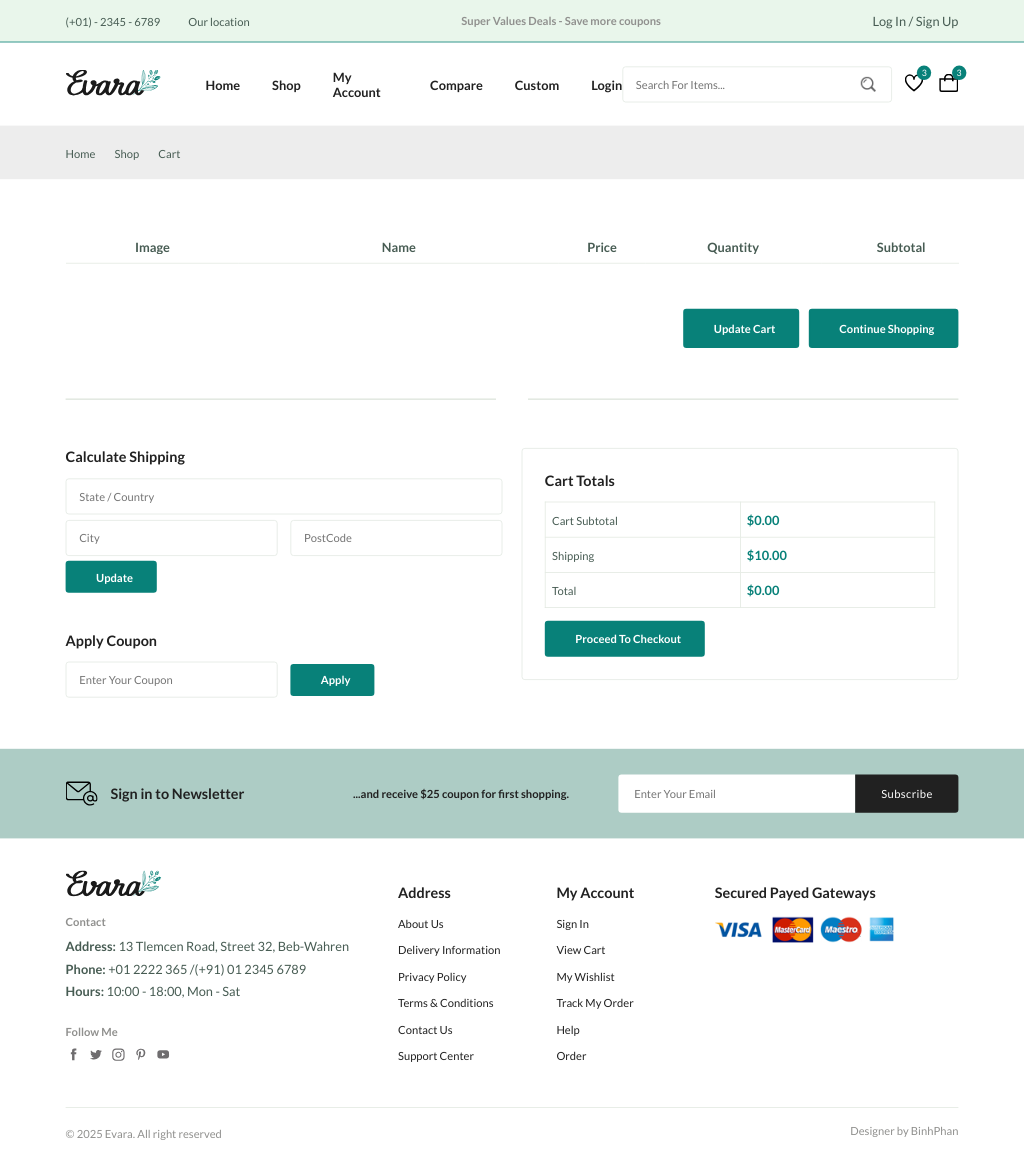
Repository: binhphanbp/evara-ecommerce
Page: cart.html
The author's editor kept a copy of each file at every save. The page is drawn from the files as they stood at one save, then again after the next save.
The browser window is 1280 px wide. The pictures show the whole page, at 80% of full size.
Some icons come from a web library that is not loaded, so they are not drawn.

Above is the page before, as saved 2025-06-17 07:59:48.

### cart.html
<!DOCTYPE html>
<html lang="en">
  <head>
    <meta charset="UTF-8" />
    <meta name="viewport" content="width=device-width, initial-scale=1.0" />

    <!--=============== FLATICON ===============-->
    <link
      rel="stylesheet"
      href="https://cdn-uicons.flaticon.com/2.0.0/uicons-regular-straight/css/uicons-regular-straight.css"
    />

    <!--=============== SWIPER CSS ===============-->
    <link
      rel="stylesheet"
      href="https://cdn.jsdelivr.net/npm/swiper@11/swiper-bundle.min.css"
    />

    <!--=============== CSS ===============-->
    <link rel="stylesheet" href="./assets/css/styles.css" />

    <title>Ecommerce Website</title>
  </head>
  <body>
    <!--=============== HEADER ===============-->
    <header class="header">
      <div class="header__top">
        <div class="header__container container">
          <div class="header__contact">
            <span>(+01) - 2345 - 6789</span>
            <span>Our location</span>
          </div>
          <p class="header__alert-news">
            Super Values Deals - Save more coupons
          </p>
          <a href="login-register.html" class="header__top-action">
            Log In / Sign Up
          </a>
        </div>
      </div>

      <nav class="nav container">
        <a href="index.html" class="nav__logo">
          <img
            class="nav__logo-img"
            src="assets/img/logo.svg"
            alt="website logo"
          />
        </a>
        <div class="nav__menu" id="nav-menu">
          <ul class="nav__list">
            <li class="nav__item">
              <a href="index.html" class="nav__link">Home</a>
            </li>
            <li class="nav__item">
              <a href="shop.html" class="nav__link">Shop</a>
            </li>
            <li class="nav__item">
              <a href="accounts.html" class="nav__link">My Account</a>
            </li>
            <li class="nav__item">
              <a href="compare.html" class="nav__link">Compare</a>
            </li>
            <li class="nav__item">
              <a href="custome-shop.html" class="nav__link">Custom</a>
            </li>
            <li class="nav__item">
              <a href="login-register.html" class="nav__link">Login</a>
            </li>
          </ul>
          <div class="header__search">
            <input
              type="text"
              placeholder="Search For Items..."
              class="form__input"
            />
            <button class="search__btn">
              <img src="assets/img/search.png" alt="search icon" />
            </button>
          </div>
        </div>
        <div class="header__user-actions">
          <a href="wishlist.html" class="header__action-btn" title="Wishlist">
            <img src="assets/img/icon-heart.svg" alt="" />
            <span class="count">3</span>
          </a>
          <a href="cart.html" class="header__action-btn" title="Cart">
            <img src="assets/img/icon-cart.svg" alt="" />
            <span class="count">3</span>
          </a>
        </div>
      </nav>
    </header>

    <!--=============== MAIN ===============-->
    <main class="main">
      <!--=============== BREADCRUMB ===============-->
      <section class="breadcrumb">
        <ul class="breadcrumb__list flex container">
          <li><a href="index.html" class="breadcrumb__link">Home</a></li>
          <li><span class="breadcrumb__link"></span></li>
          <li><span class="breadcrumb__link">Shop</span></li>
          <li><span class="breadcrumb__link"></span></li>
          <li><span class="breadcrumb__link">Cart</span></li>
        </ul>
      </section>

      <!--=============== CART ===============-->
      <section class="cart section--lg container">
        <div class="table__container">
          <table class="table">
            <thead>
              <tr>
                <th>Image</th>
                <th>Name</th>
                <th>Price</th>
                <th>Quantity</th>
                <th>Subtotal</th>
                <th>Remove</th>
              </tr>
            </thead>
            <tbody></tbody>
          </table>
        </div>

        <div class="cart__actions">
          <a href="#" class="btn flex btn__md" onclick="cart.render()">
            <i class="fi-rs-shuffle"></i> Update Cart
          </a>
          <a href="index.html" class="btn flex btn__md">
            <i class="fi-rs-shopping-bag"></i> Continue Shopping
          </a>
        </div>

        <div class="divider">
          <i class="fi fi-rs-fingerprint"></i>
        </div>

        <div class="cart__group grid">
          <div>
            <div class="cart__shipping">
              <h3 class="section__title">Calculate Shipping</h3>
              <form action="" class="form grid">
                <input
                  type="text"
                  class="form__input"
                  placeholder="State / Country"
                />
                <div class="form__group grid">
                  <input type="text" class="form__input" placeholder="City" />
                  <input
                    type="text"
                    class="form__input"
                    placeholder="PostCode"
                  />
                </div>
                <div class="form__btn">
                  <button class="btn flex btn--sm">
                    <i class="fi-rs-shuffle"></i> Update
                  </button>
                </div>
              </form>
            </div>
            <div class="cart__coupon">
              <h3 class="section__title">Apply Coupon</h3>
              <form action="" class="coupon__form form grid">
                <div class="form__group grid">
                  <input
                    type="text"
                    class="form__input"
                    placeholder="Enter Your Coupon"
                  />
                  <div class="form__btn">
                    <button class="btn flex btn--sm">
                      <i class="fi-rs-label"></i> Apply
                    </button>
                  </div>
                </div>
              </form>
            </div>
          </div>

          <div class="cart__total">
            <h3 class="section__title">Cart Totals</h3>
            <table class="cart__total-table">
              <tr>
                <td><span class="cart__total-title">Cart Subtotal</span></td>
                <td><span class="cart__total-price">$0.00</span></td>
              </tr>
              <tr>
                <td><span class="cart__total-title">Shipping</span></td>
                <td><span class="cart__total-price">$10.00</span></td>
              </tr>
              <tr>
                <td><span class="cart__total-title">Total</span></td>
                <td><span class="cart__total-price">$0.00</span></td>
              </tr>
            </table>
            <a href="checkout.html" class="btn flex btn--md">
              <i class="fi fi-rs-box-alt"></i> Proceed To Checkout
            </a>
          </div>
        </div>
      </section>

      <!--=============== NEWSLETTER ===============-->
      <section class="newsletter section">
        <div class="newsletter__container container grid">
          <h3 class="newsletter__title flex">
            <img
              src="./assets/img/icon-email.svg"
              alt=""
              class="newsletter__icon"
            />
            Sign in to Newsletter
          </h3>
          <p class="newsletter__description">
            ...and receive $25 coupon for first shopping.
          </p>
          <form action="" class="newsletter__form">
            <input
              type="text"
              placeholder="Enter Your Email"
              class="newsletter__input"
            />
            <button type="submit" class="newsletter__btn">Subscribe</button>
          </form>
        </div>
      </section>
    </main>

    <!--=============== FOOTER ===============-->
    <footer class="footer container">
      <div class="footer__container grid">
        <div class="footer__content">
          <a href="index.html" class="footer__logo">
            <img src="./assets/img/logo.svg" alt="" class="footer__logo-img" />
          </a>
          <h4 class="footer__subtitle">Contact</h4>
          <p class="footer__description">
            <span>Address:</span> 13 Tlemcen Road, Street 32, Beb-Wahren
          </p>
          <p class="footer__description">
            <span>Phone:</span> +01 2222 365 /(+91) 01 2345 6789
          </p>
          <p class="footer__description">
            <span>Hours:</span> 10:00 - 18:00, Mon - Sat
          </p>
          <div class="footer__social">
            <h4 class="footer__subtitle">Follow Me</h4>
            <div class="footer__links flex">
              <a href="#">
                <img
                  src="./assets/img/icon-facebook.svg"
                  alt=""
                  class="footer__social-icon"
                />
              </a>
              <a href="#">
                <img
                  src="./assets/img/icon-twitter.svg"
                  alt=""
                  class="footer__social-icon"
                />
              </a>
              <a href="#">
                <img
                  src="./assets/img/icon-instagram.svg"
                  alt=""
                  class="footer__social-icon"
                />
              </a>
              <a href="#">
                <img
                  src="./assets/img/icon-pinterest.svg"
                  alt=""
                  class="footer__social-icon"
                />
              </a>
              <a href="#">
                <img
                  src="./assets/img/icon-youtube.svg"
                  alt=""
                  class="footer__social-icon"
                />
              </a>
            </div>
          </div>
        </div>
        <div class="footer__content">
          <h3 class="footer__title">Address</h3>
          <ul class="footer__links">
            <li><a href="#" class="footer__link">About Us</a></li>
            <li><a href="#" class="footer__link">Delivery Information</a></li>
            <li><a href="#" class="footer__link">Privacy Policy</a></li>
            <li><a href="#" class="footer__link">Terms &amp; Conditions</a></li>
            <li><a href="#" class="footer__link">Contact Us</a></li>
            <li><a href="#" class="footer__link">Support Center</a></li>
          </ul>
        </div>
        <div class="footer__content">
          <h3 class="footer__title">My Account</h3>
          <ul class="footer__links">
            <li><a href="#" class="footer__link">Sign In</a></li>
            <li><a href="#" class="footer__link">View Cart</a></li>
            <li><a href="#" class="footer__link">My Wishlist</a></li>
            <li><a href="#" class="footer__link">Track My Order</a></li>
            <li><a href="#" class="footer__link">Help</a></li>
            <li><a href="#" class="footer__link">Order</a></li>
          </ul>
        </div>
        <div class="footer__content">
          <h3 class="footer__title">Secured Payed Gateways</h3>
          <img
            src="./assets/img/payment-method.png"
            alt=""
            class="payment__img"
          />
        </div>
      </div>
      <div class="footer__bottom">
        <p class="copyright">&copy; 2025 Evara. All right reserved</p>
        <span class="designer">Designer by BinhPhan</span>
      </div>
    </footer>

    <!--=============== SWIPER JS ===============-->
    <script src="https://cdn.jsdelivr.net/npm/swiper@11/swiper-bundle.min.js"></script>

    <!--=============== MAIN JS ===============-->
    <script src="assets/js/cart.js"></script>
    <script>
      // Khởi tạo giỏ hàng
      cart.load();
      cart.render();
    </script>
  </body>
</html>

Loaded but not shown: assets/js/cart.js (126 lines, source omitted); assets/css/styles.css (2251 lines, source omitted)

After the next save:
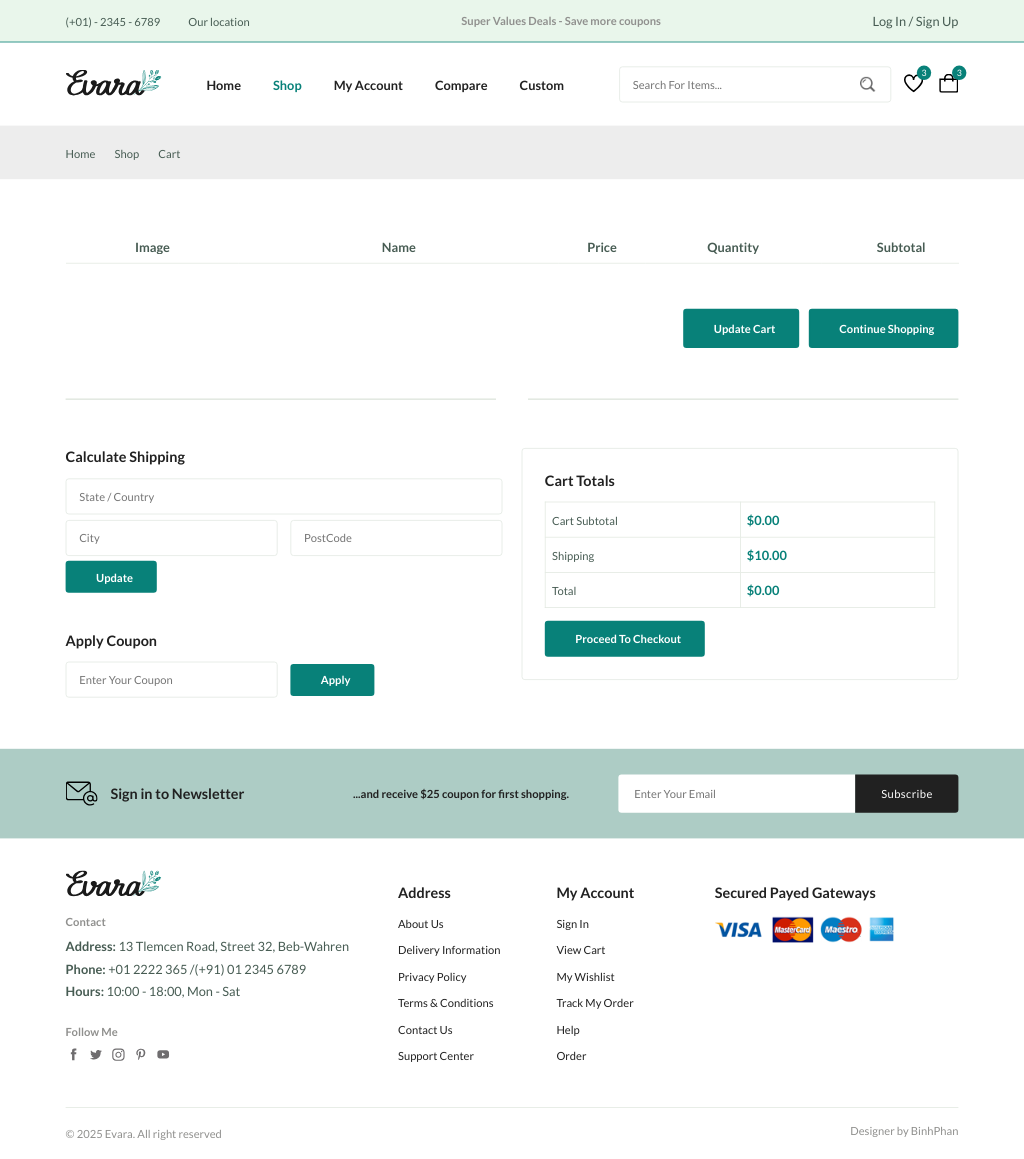
Saved 42 s later.
--- a/cart.html
+++ b/cart.html
@@ -53,7 +53,7 @@
               <a href="index.html" class="nav__link">Home</a>
             </li>
             <li class="nav__item">
-              <a href="shop.html" class="nav__link">Shop</a>
+              <a href="shop.html" class="nav__link active-link">Shop</a>
             </li>
             <li class="nav__item">
               <a href="accounts.html" class="nav__link">My Account</a>
@@ -63,9 +63,6 @@
             </li>
             <li class="nav__item">
               <a href="custome-shop.html" class="nav__link">Custom</a>
-            </li>
-            <li class="nav__item">
-              <a href="login-register.html" class="nav__link">Login</a>
             </li>
           </ul>
           <div class="header__search">
